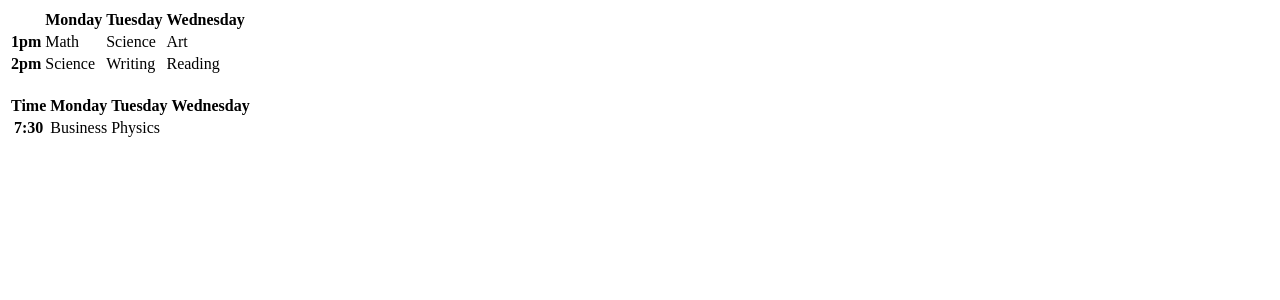
Repository: jefflai0412/website_design
Page: task1.html
These files come from the project's save history. The page is drawn as it stood at one moment and after the next save; the edit follows.
The browser window is 1280 px wide. The pictures show the whole page.

Above is the page before, as saved 2024-10-18 13:37:41.

### task1.html
<!DOCTYPE html>
<html lang="en">
<head>
    <meta charset="UTF-8">
    <meta name="viewport" content="width=device-width, initial-scale=1.0">
    <title>Document</title>
</head>
<body>
    <table>
        <tr>
            <th></th>
            <th>Monday</th>
            <th>Tuesday</th>
            <th>Wednesday</th>
        </tr>

        <tr>
            <th scope="row">1pm</th>
            <td>Math</td>
            <td>Science</td>
            <td>Art</td>
        </tr>

        <tr>
            <th scope="row">2pm</th>
            <td>Science</td>
            <td>Writing</td>
            <td>Reading</td>
        </tr>
    </table>

    <br>

    <table>
        <tr>
            <th>Time</th>
            <th>Monday</th>
            <th>Tuesday</th>
            <th>Wednesday</th>
        </tr>
        <tr>
            <th scope="row">7:30</th>
            <td rowspan="2">Business</td>
            <td>Physics</td>
        </tr>
    </table>
</body>
</html>

After the next save:
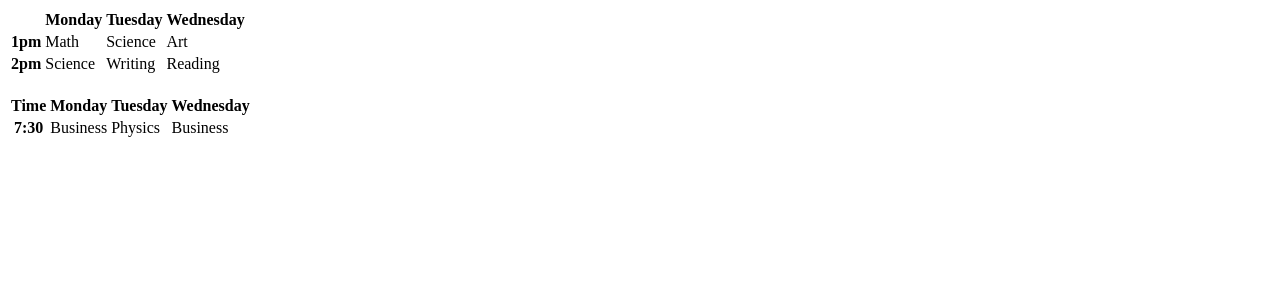
Saved 19 s later.
--- a/task1.html
+++ b/task1.html
@@ -41,7 +41,8 @@
         <tr>
             <th scope="row">7:30</th>
             <td rowspan="2">Business</td>
-            <td>Physics</td>
+            <td rowspan="">Physics</td>
+            <td rowspan="2">Business</td>
         </tr>
     </table>
 </body>
